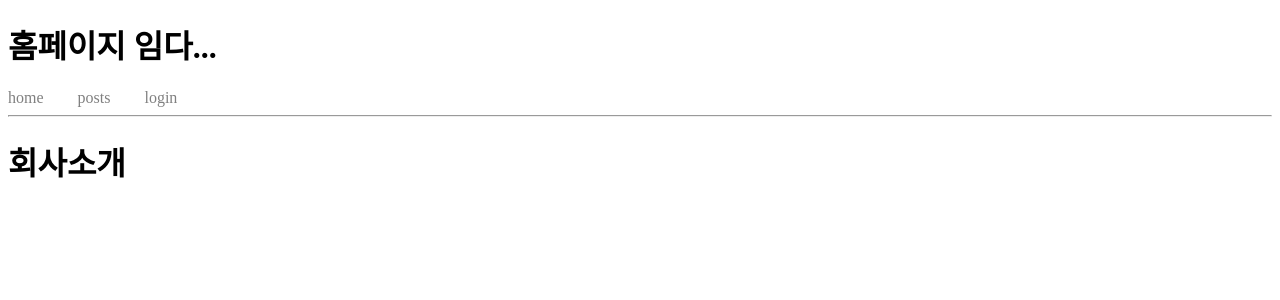
Repository: wkdtkgkek16/web01
Page: http://localhost/ex01/
The author's editor kept a copy of each file at every save. The page is drawn from the files as they stood at one save, then again after the next save.
The browser window is 1280 px wide. The pictures show the whole page.
The page is served by Tomcat 9.

Above is the page before, as saved 2023-03-27 01:11:35.

After the next save:
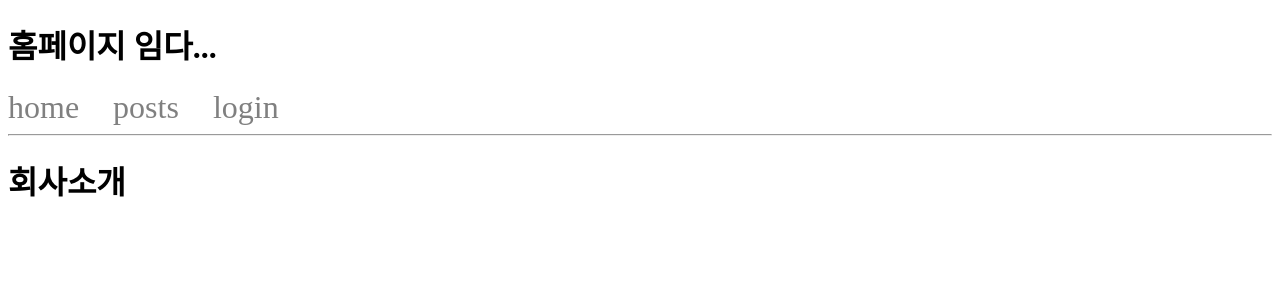
Saved 27 s later.
--- a/ex01/WebContent/home.jsp
+++ b/ex01/WebContent/home.jsp
@@ -10,6 +10,7 @@
 			color: gray;
 			text-decoration: none;
 			padding-right: 30px;
+			font-size: 2rem;
 		}
 	</style>
 </head>
